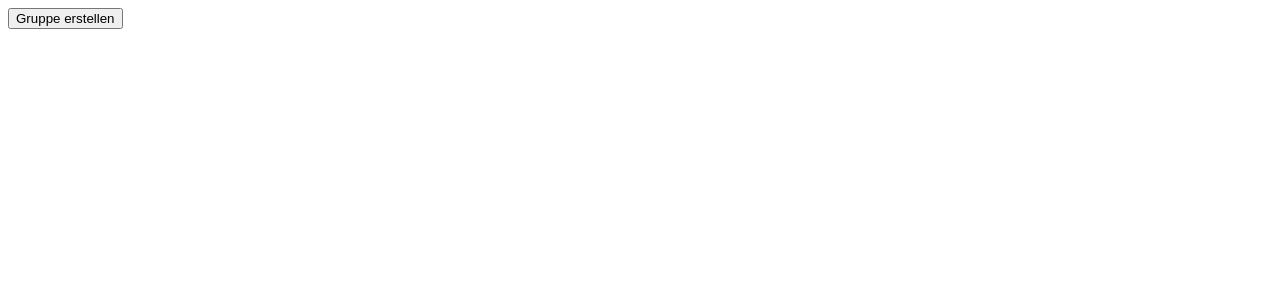
Repository: ubermanalex/DjCrowd
Page: ScaleYourFriends/online_home.html
An editor plug-in stored every save of this project. The page is shown before and after the next save, followed by the edit.
The browser window is 1280 px wide. The pictures show the whole page.

Above is the page before, as saved 2013-06-11 12:55:31.

### ScaleYourFriends/online_home.html
        	<!--<ul data-role="listview" data-filter="true">
        		<li>
        			<a href="group.html" data-transition="slide">
        			<h1>Coole Gruppe</h1>
        			<img src="http://s2.favim.com/orig/37/best-friends-cute-finger-hand-love-Favim.com-302503.jpg">
        			<p>Erika Mustermann, Alexander Vielhauer</p>
        			</a>
        		</li>
        		<li>
        			<a href="group.html" data-transition="slide">
        			<img src="http://www.automation-news.de/gruppe1.gif">
        			<h1>Gruppe1</h1>
        			<p>Norine,Kirstin,Steffi,Alex</p>
        			</a>
        		</li>
        		<li>
        			<a href="group.html" data-transition="slide">
        			<img src="http://i44.tinypic.com/5eu812_th.png">
        			<h1>Gruppe2</h1>
        			<p>Peter</p>
        			</a>
        		</li>
        	</ul>-->

          	<input value="Gruppe erstellen" onclick="newgroup()" type="submit" id="newgroupbutton">

   	      <div id="chat"></div>

After the next save:
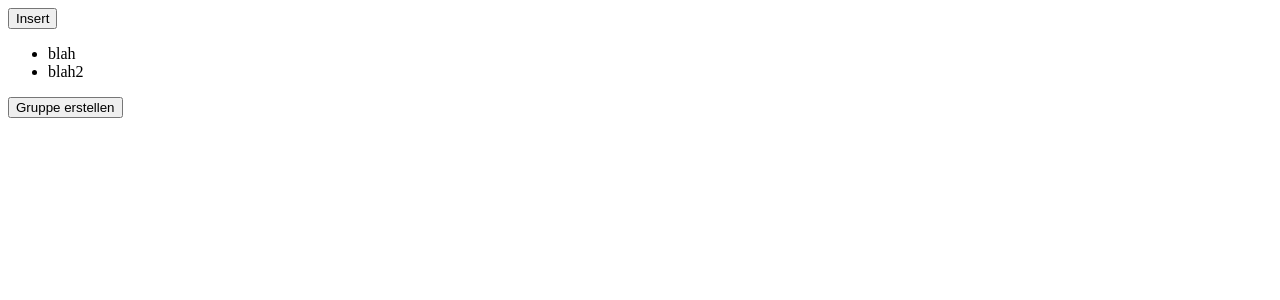
Saved 3 min 4 s later.
--- a/ScaleYourFriends/online_home.html
+++ b/ScaleYourFriends/online_home.html
@@ -1,27 +1,56 @@
-        	<!--<ul data-role="listview" data-filter="true">
-        		<li>
-        			<a href="group.html" data-transition="slide">
-        			<h1>Coole Gruppe</h1>
-        			<img src="http://s2.favim.com/orig/37/best-friends-cute-finger-hand-love-Favim.com-302503.jpg">
-        			<p>Erika Mustermann, Alexander Vielhauer</p>
-        			</a>
-        		</li>
-        		<li>
-        			<a href="group.html" data-transition="slide">
-        			<img src="http://www.automation-news.de/gruppe1.gif">
-        			<h1>Gruppe1</h1>
-        			<p>Norine,Kirstin,Steffi,Alex</p>
-        			</a>
-        		</li>
-        		<li>
-        			<a href="group.html" data-transition="slide">
-        			<img src="http://i44.tinypic.com/5eu812_th.png">
-        			<h1>Gruppe2</h1>
-        			<p>Peter</p>
-        			</a>
-        		</li>
-        	</ul>-->
+<!--<ul data-role="listview" data-filter="true">
+<li>
+<a href="group.html" data-transition="slide">
+<h1>Coole Gruppe</h1>
+<img src="http://s2.favim.com/orig/37/best-friends-cute-finger-hand-love-Favim.com-302503.jpg">
+<p>Erika Mustermann, Alexander Vielhauer</p>
+</a>
+</li>
+<li>
+<a href="group.html" data-transition="slide">
+<img src="http://www.automation-news.de/gruppe1.gif">
+<h1>Gruppe1</h1>
+<p>Norine,Kirstin,Steffi,Alex</p>
+</a>
+</li>
+<li>
+<a href="group.html" data-transition="slide">
+<img src="http://i44.tinypic.com/5eu812_th.png">
+<h1>Gruppe2</h1>
+<p>Peter</p>
+</a>
+</li>
+</ul>-->
+<form>
 
-          	<input value="Gruppe erstellen" onclick="newgroup()" type="submit" id="newgroupbutton">
+	<!-- Change "<li>test</li>" to whatever you want -->
+	<!-- Change "0" to which list item to insert before (starts at 0, not 1) -->
 
-   	      <div id="chat"></div>
+	<input type='button' value='Insert'  onClick="insertItem('thumbs',0,'<li>test</li>')">
+
+	<ul id="thumbs">
+		<li id="blah">
+			blah
+		</li>
+		<li id="blah2">
+			blah2
+		</li>
+	</ul>
+
+</form>
+
+<script language="javascript">
+	<!--//
+
+	function insertItem(myid, position, newListItem) {
+		var ul = document.getElementById(myid);
+		var li = document.createElement("li");
+		li.innerHTML = newListItem;
+		ul.insertBefore(li, ul.getElementsByTagName("li")[position]);
+	}
+
+	//-->
+</script>
+<input value="Gruppe erstellen" onclick="newgroup()" type="submit" id="newgroupbutton">
+
+<div id="chat"></div>
